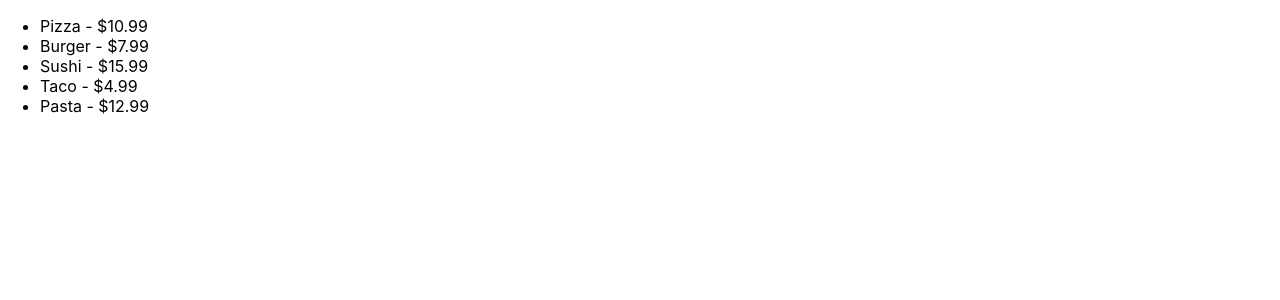
Repository: badhon252/Fullstack-Rect
Page: /
An editor plug-in stored every save of this project. The page is shown before and after the next save, followed by the edit.
The browser window is 1280 px wide. The pictures show the whole page.
The project was rebuilt for these pictures with package versions that can differ from the ones it lists, and the page was loaded fresh each time. Also part of the build but not shown: src/App.css.

Above is the page before, as saved 2023-04-13 16:12:05.

After the next save:
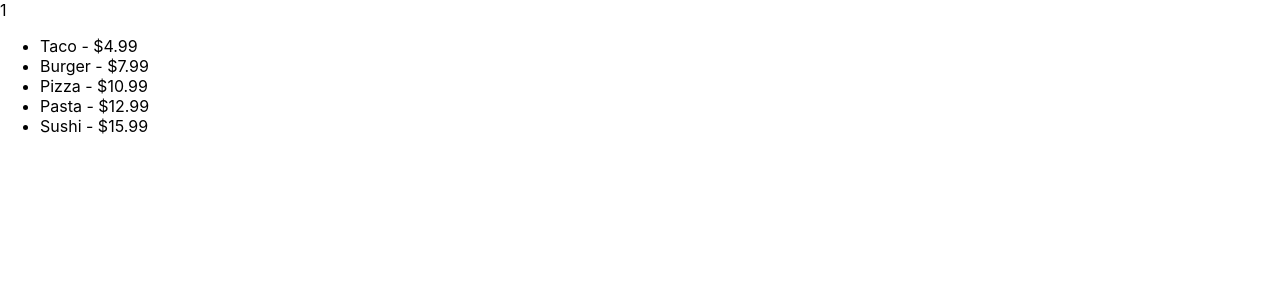
Saved 79 s later.
--- a/src/App.js
+++ b/src/App.js
@@ -33,10 +33,12 @@ const foodItems = [
   },
 ];
 function App() {
-  const listItem = foodItems.map((dessert) => {
-    const itemText = `${dessert.name} - $${dessert.price}`;
-    return <li key={dessert.id}>{itemText}</li>;
-  });
+  const listItem = foodItems
+    .sort((a, b) => a.price - b.price)
+    .map((dessert) => {
+      const itemText = `${dessert.name} - $${dessert.price}`;
+      return <li key={dessert.id}>{itemText}</li>;
+    });
 
   const sortedByPrice = foodItems.map((items) => {
     return items.price;
@@ -44,7 +46,7 @@ function App() {
   console.log(sortedByPrice.sort((a, b) => a - b));
   return (
     <div>
-      <ul>{listItem}</ul>
+      1<ul>{listItem}</ul>
     </div>
   );
 }
